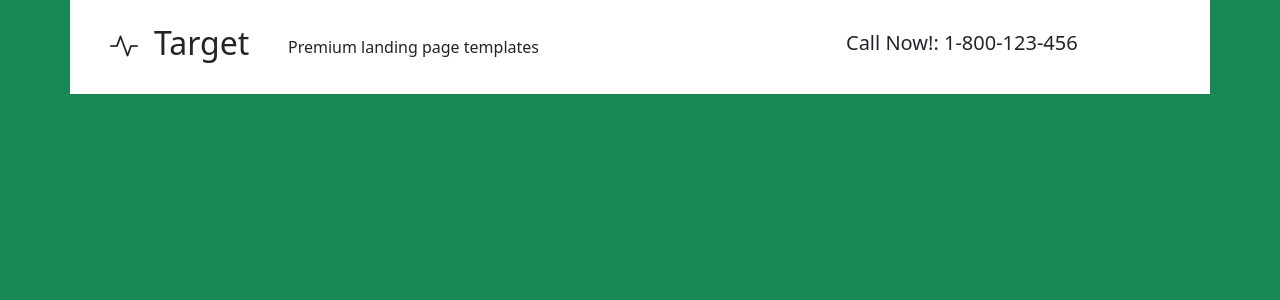
Repository: lyvandat/dh---bootstrap1
Page: index.html
These files come from the project's save history. The page is drawn as it stood at one moment and after the next save; the edit follows.
The browser window is 1280 px wide. The pictures show the whole page.
Some web libraries are served in a nearby version.

Above is the page before, as saved 2022-10-27 15:24:32.

After the next save:
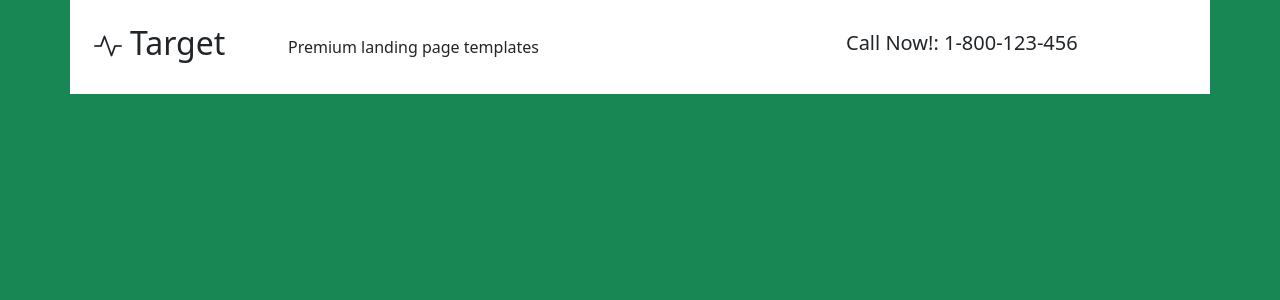
Saved 5 s later.
--- a/index.html
+++ b/index.html
@@ -22,7 +22,7 @@
     <div class="container header align-items-center bg-white p-4">
       <div class="row">
         <div class="col-2 d-inline-flex me-2">
-          <i class="bi bi-activity fs-3 mx-3"></i>
+          <i class="bi bi-activity fs-3 me-2"></i>
           <h2>Target</h2>
         </div>
         <div class="col-6 d-flex align-items-center">
